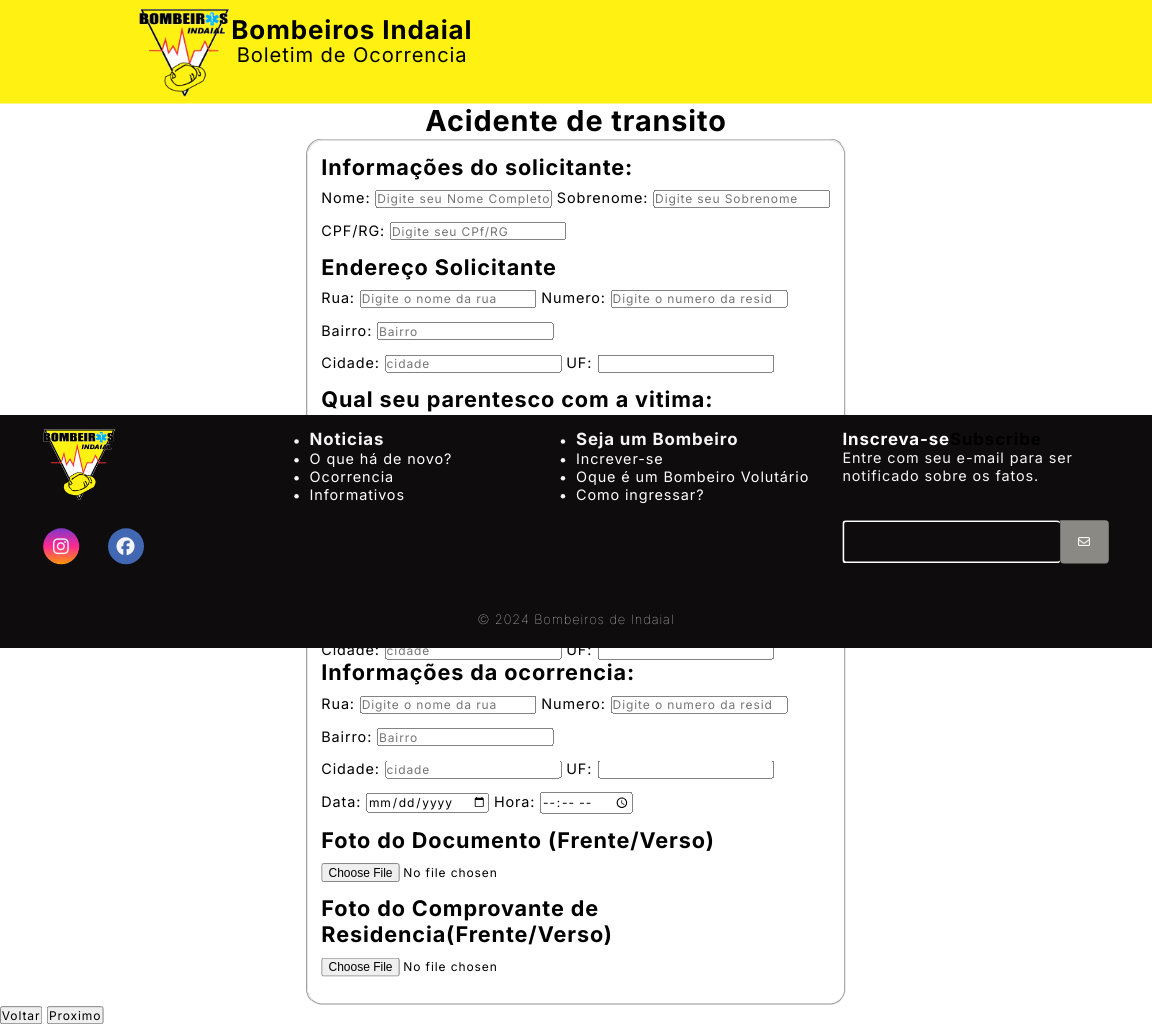
Repository: ThaylonKnopf/ProjetoBV
Page: AcidenteTransito/transitoparente/Form.html
These files come from the project's save history. The page is drawn as it stood at one moment and after a run of saves; the edit follows.
The browser window is 1280 px wide. The pictures show the whole page, at 90% of full size.

Above is the page before, as saved 2024-04-08 11:39:56.

After the next 5 saves:
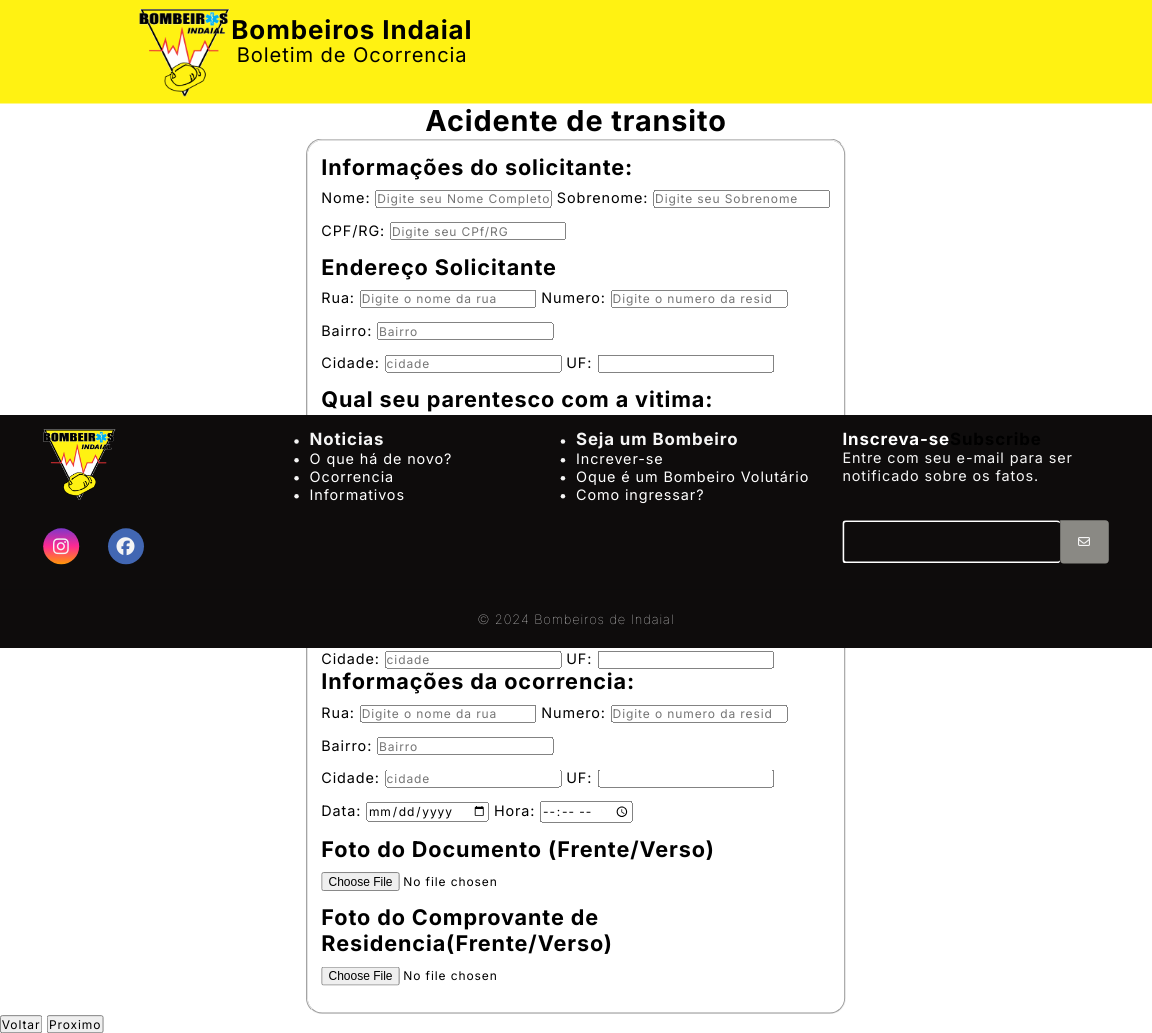
The 5 saves are shown as one change because they came seconds apart.
The last was saved 17 s later.
--- a/AcidenteTransito/transitoparente/estilo-fato.css
+++ b/AcidenteTransito/transitoparente/estilo-fato.css
@@ -39,6 +39,9 @@
     margin-bottom: 15px;
 }
 h2{
+    margin-bottom: 10px;
+}
+select{
     margin-bottom: 10px;
 }
 
